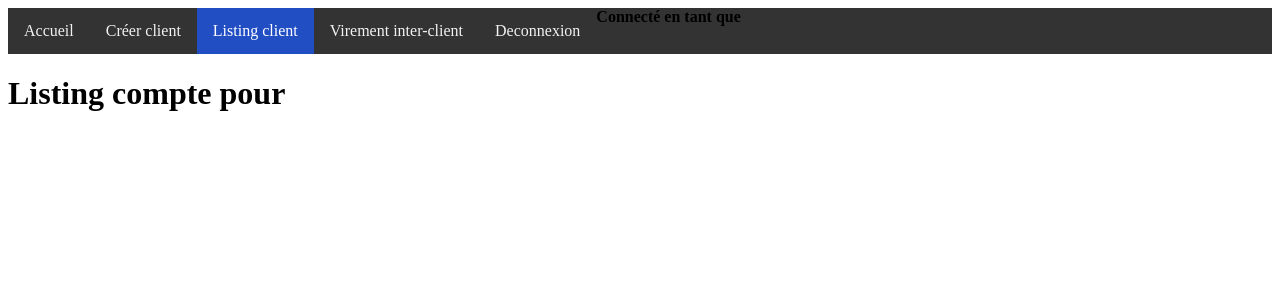
Repository: LoicAuge/Projet-Banque-Java-Spring
Page: http://localhost/banque-www/WEB-INF/views/homeClient.jsp
An editor plug-in stored every save of this project. The page is shown before and after the next save, followed by the edit.
The browser window is 1280 px wide. The pictures show the whole page.
Some web fonts or font styles are not loaded; a fallback is used. The page is served by Tomcat 9. Nobody is signed in. Other server files are loaded and not shown. The template is opened directly, without the code that normally fills it, so the values that code supplies are empty.

Above is the page before, as saved 2021-01-08 13:12:43.

### banque-www/src/main/webapp/WEB-INF/views/homeClient.jsp
<%@ page language="java" contentType="text/html; charset=ISO-8859-1"
    pageEncoding="ISO-8859-1"%>
<!DOCTYPE html PUBLIC "-//W3C//DTD HTML 4.01 Transitional//EN" "http://www.w3.org/TR/html4/loose.dtd">
<%@taglib prefix="c" uri="http://java.sun.com/jsp/jstl/core"%>
<html>
<head>
<meta http-equiv="Content-Type" content="text/html; charset=ISO-8859-1">
<title>Liste des clients</title>
</head>
<body>
<div class="topnav">
<div>
  <a href="/banque">Accueil</a>
  <a href="createClient">Créer client</a>
  <a class="active" href="listingClient">Listing client</a>
  <a href="setVirementInter">Virement inter-client</a><a href="<c:url value="/j_spring_security_logout"/>">Deconnexion</a>
  </div>
   <b>Connecté en tant que ${username}</b>
</div>

<h1>
	Listing compte pour ${client.nom} ${client.prenom}
</h1>

<c:if test="${not empty comptes}">

		<table>
		<thead>
			<tr><th>Numero de compte</th><th>Solde du compte</th><th></th><th></th></tr>
			</thead>
			<tbody>
			<c:forEach var="compte" items="${comptes}">
				<tr><td>${compte.numero}</td><td>${compte.solde} &#8364;</td><td><a href="setVirementCli?idCli=${compte.client.id}">Virement</a></td><td><a href="supprCpt?idCpt=${compte.numero}&idCli=${compte.client.id}">Supprimer</a></td></tr>
			</c:forEach>
			</tbody>
		</table>

	</c:if>

<style>
@import url(https://fonts.googleapis.com/css?family=Patua+One|Open+Sans);

p, h1, li {
	font-family: 'Patua One', cursive;
	/*border-collapse: collapse;*/
	width: 100%;
}
.topnav {
  background-color: #333;
  overflow: hidden;
}
/* Style the links inside the navigation bar */
.topnav a {
  float: left;
  color: #f2f2f2;
  text-align: center;
  padding: 14px 16px;
  text-decoration: none;
  font-family: 'Patua One', cursive;
  font-size:16px;
  font-weight:400;
}

/* Change the color of links on hover */
.topnav a:hover {
  background-color: #ddd;
  color: black;
}

/* Add a color to the active/current link */
.topnav a.active {
  background-color: #224EC4;
  color: white;
}
table {
  border-collapse: separate;
  width: 100%;
  background:#fff;
  border-radius:5px;
  margin:50px auto;
  border:1px solid grey;
  border-spacing:0px;
}

thead {
   border-radius:15px;
}

thead th {
  font-family: 'Patua One', cursive;
  font-size:16px;
  font-weight:400;
  color:#fff;
  text-align:left;
  padding:20px;
  background:grey;
  border-top:1px solid #858d99;

  /*&:first-child {
   @include border-top-left-radius(5px);
  }

  &:last-child {
    @include border-top-right-radius(5px);
  }*/
}

tbody tr td {
  font-family: 'Open Sans', sans-serif;
  font-weight:400;
  color:#5f6062;
  font-size:13px;
  padding:20px 20px 20px 20px;
  border-bottom:1px solid #e0e0e0;

}

tbody tr:nth-child(2n) {
  background:#f0f3f5;
}

tbody tr:last-child td {
  border-bottom:none;
  &:first-child {
    @include border-bottom-left-radius(5px);
  }
  &:last-child {
    @include border-bottom-right-radius(5px);
  }
}

tbody:hover > tr td {
  @include opacity(0.5);

  /* uncomment for blur effect */
  /* color:transparent;
  @include text-shadow(0px 0px 2px rgba(0,0,0,0.8));*/
}

tbody:hover > tr:hover td {
  @include text-shadow(none);
  color:#2d2d2d;
  @include opacity(1.0);
}

</style>

</body>

</html>

After the next save:
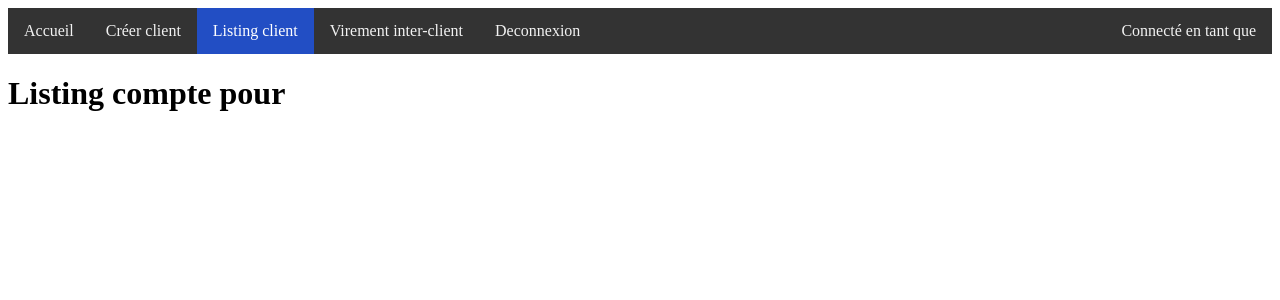
Saved 29 s later.
--- a/banque-www/src/main/webapp/WEB-INF/views/homeClient.jsp
+++ b/banque-www/src/main/webapp/WEB-INF/views/homeClient.jsp
@@ -54,6 +54,17 @@ p, h1, li {
   float: left;
   color: #f2f2f2;
   text-align: center;
+  padding: 14px 16px;
+  text-decoration: none;
+  font-family: 'Patua One', cursive;
+  font-size:16px;
+  font-weight:400;
+}
+
+.topnav b {
+  float: right;
+  color: #f2f2f2;
+  text-align: right;
   padding: 14px 16px;
   text-decoration: none;
   font-family: 'Patua One', cursive;
